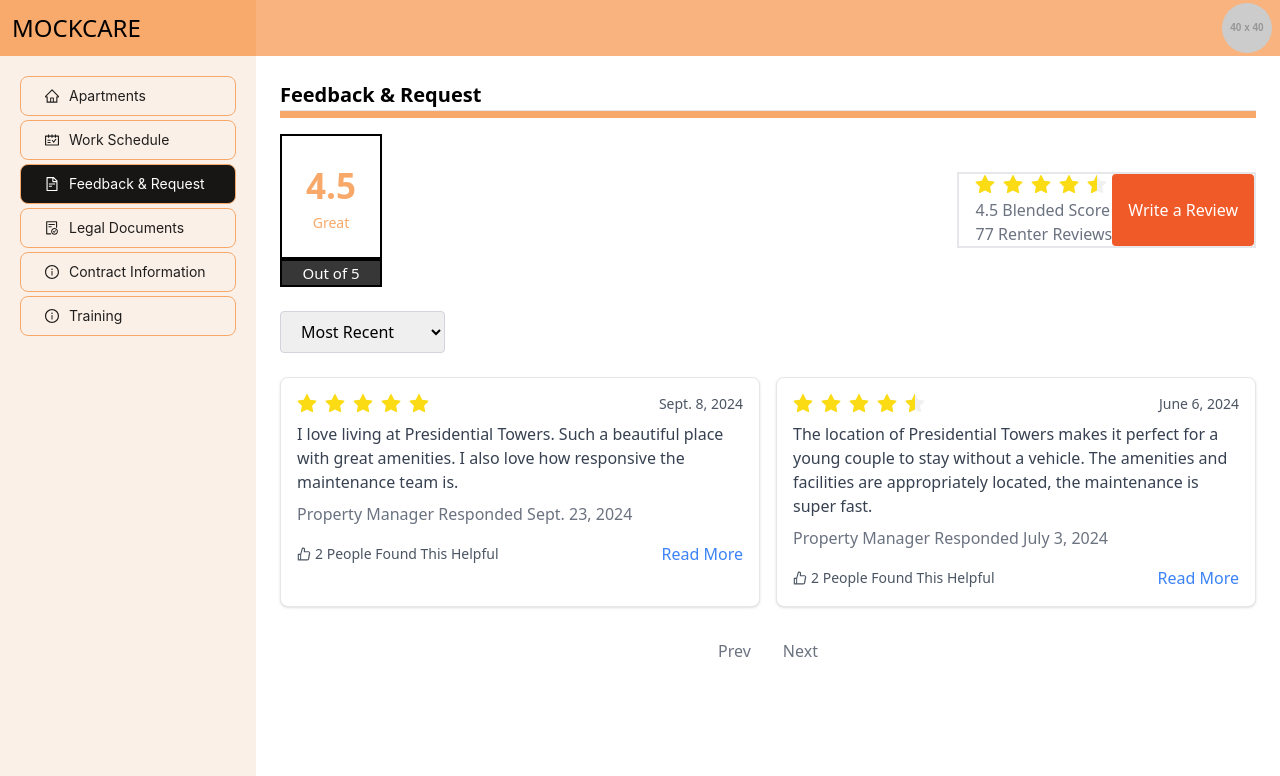
Repository: dunh-real/MockProject_102024_Nhom4
Page: / (app in frontend/)
An editor plug-in stored every save of this project. The page is shown before and after the next save, followed by the edit.
The browser window is 1280 px wide. The pictures show the whole page.
The project was rebuilt for these pictures with package versions that can differ from the ones it lists, and the page was loaded fresh each time. Also part of the build but not shown: frontend/vite.config.js, frontend/vite.config.ts, frontend/src/App.css, frontend/src/component/ReviewModal.tsx.

Above is the page before, as saved 2024-10-09 13:12:40.

### frontend/src/App.tsx

import './App.css'
import ReviewList from './pages/Feedback&Request/Feedback&Request'
// import LoginForm from './pages/Login/Login'

function App() {


  return (
    <>
      {/* <LoginForm/> */}
      <ReviewList/>
    </>
  )
}

export default App

### frontend/src/pages/Feedback&Request/Feedback&Request.tsx
import React, { useState } from 'react';
import { Rate } from 'antd'; // Dùng Antd cho Rate, có thể thay thế bằng biểu tượng của Tailwind nếu cần
import { LikeOutlined } from '@ant-design/icons';
import ReviewModal from '../../component/ReviewModal';
import Sidebar from '../../component/Sidebar';

interface Review {
    date: string;
    rating: number;
    text: string;
    managerResponse: string;
    helpfulCount: number;
}

const reviews: Review[] = [
    {
        date: 'Sept. 8, 2024',
        rating: 5,
        text: 'I love living at Presidential Towers. Such a beautiful place with great amenities. I also love how responsive the maintenance team is.',
        managerResponse: 'Property Manager Responded Sept. 23, 2024',
        helpfulCount: 2,
    },
    {
        date: 'June 6, 2024',
        rating: 4.5,
        text: 'The location of Presidential Towers makes it perfect for a young couple to stay without a vehicle. The amenities and facilities are appropriately located, the maintenance is super fast.',
        managerResponse: 'Property Manager Responded July 3, 2024',
        helpfulCount: 2,
    },
];

const ReviewList: React.FC = () => {
    const [showModal, setShowModal] = useState<boolean>(false);
    const [page, setPage] = useState<number>(1);

    const handlePageChange = (page: number) => {
        setPage(page);
    };

    const handleSortChange = (value: string) => {
        console.log(`Sort by: ${value}`);
    };

    return (
        <div className=" min-h-screen  bg-gray-50">
            <div className='flex  bg-[#f8a769d9]  justify-between items-center'>
                <div className=' bg-[#f8a769d9] p-3 w-1/5'>
                    <h1 className='text-2xl'>MOCKCARE</h1>
                </div>
                <div className="flex  justify-end">
                    <img
                        src="https://via.placeholder.com/40"
                        alt="Avatar"
                        className="rounded-full w-[50px] h-[50px] mr-2"
                    />
                </div>
            </div>
            <div className="flex">
                <Sidebar />
                <div className="w-4/5 p-6 bg-white">
                    <div className='mb-4'>
                        <h2 className='text-[20px] font-bold'>Feedback & Request</h2>
                        <hr className='h-[8px] bg-[#F8A869]' />
                    </div>
                    <div className="flex justify-between items-center mb-6">
                        <div className="flex flex-col   items-center">
                            <div className=" text-center text-[#F8A869] border-black border-2  p-6 ">
                                <div className=''>
                                    <p className="text-[35px] font-bold">4.5</p>
                                    <p className="text-sm text-[27px]">Great</p>
                                </div>

                            </div>
                            <div className="text-xs w-full border-black border-2 bg-[#000000c8]">
                                <p className='text-white p-1 text-[15px] text-center'>Out of 5</p>
                            </div>
                        </div>
                        <div className='border-2 flex justify-between'>
                            <div className="ml-4 ">
                                <Rate allowHalf defaultValue={4.5} disabled />
                                <div className="text-gray-500">4.5 Blended Score</div>
                                <div className="text-gray-500">77 Renter Reviews</div>
                            </div>
                            <button
                                onClick={() => setShowModal(true)}
                                className="bg-[#f05a28] text-white px-4 py-2 rounded hover:bg-[#f25f30]"
                            >
                                Write a Review
                            </button>
                        </div>
                    </div>
                    <div className="mb-6 flex justify-between">
                        <select
                            onChange={(e) => handleSortChange(e.target.value)}
                            className="border border-gray-300 rounded px-4 py-2"
                        >
                            <option value="recent">Most Recent</option>
                            <option value="highest">Highest Rating</option>
                            <option value="lowest">Lowest Rating</option>
                        </select>
                    </div>
                    <div className="grid grid-cols-1 md:grid-cols-2 gap-4">
                        {reviews.slice((page - 1) * 2, page * 2).map((review, index) => (
                            <div key={index} className="p-4 border border-gray-200 rounded-lg bg-white shadow">
                                <div className="flex justify-between items-center mb-2">
                                    <Rate allowHalf defaultValue={review.rating} disabled />
                                    <span className="text-sm text-gray-600">{review.date}</span>
                                </div>
                                <p className="text-gray-700">{review.text}</p>
                                <p className="text-gray-500 mt-2">{review.managerResponse}</p>
                                <div className="flex justify-between items-center mt-4">
                                    <div className="flex items-center text-sm text-gray-600">
                                        <LikeOutlined className="mr-1" />
                                        {review.helpfulCount} People Found This Helpful
                                    </div>
                                    <button className="text-blue-500">Read More</button>
                                </div>
                            </div>
                        ))}
                    </div>
                    <div className="flex justify-center mt-6">
                        <button
                            onClick={() => handlePageChange(page - 1)}
                            className="px-4 py-2 text-gray-500"
                            disabled={page === 1}
                        >
                            Prev
                        </button>
                        <button
                            onClick={() => handlePageChange(page + 1)}
                            className="px-4 py-2 text-gray-500"
                        >
                            Next
                        </button>
                    </div>
                </div>
            </div>
            {showModal && <ReviewModal setShowModal={setShowModal} />}
        </div>
    );
};

export default ReviewList;

### frontend/src/component/Sidebar.tsx
import { Menu } from 'antd';
import { HomeOutlined, ScheduleOutlined, FileTextOutlined, FileDoneOutlined, InfoCircleOutlined } from '@ant-design/icons';

const Sidebar = () => {
  return (
    <div style={{ width: '20%', minHeight: '100vh', backgroundColor: '#FAF0E8', padding: '1rem' }}>
      <Menu
        defaultSelectedKeys={['feedback']}
        mode="inline"
        style={{ backgroundColor: '#FAF0E8', borderRight: 0 }}
      >
        <Menu.Item
          key="apartments"
          icon={<HomeOutlined />}
          style={{
            padding: '12px 24px',
            border:1, borderStyle:'solid', borderColor:'#F8A869'
          }}
        >
          Apartments
        </Menu.Item>
        <Menu.Item
          key="schedule"
          icon={<ScheduleOutlined />}
          style={{
            padding: '12px 24px',
            border:1, borderStyle:'solid', borderColor:'#F8A869'
          }}
        >
          Work Schedule
        </Menu.Item>
        <Menu.Item
          key="feedback"
          icon={<FileTextOutlined />}
          style={{
            backgroundColor: '#171615',
            color: 'white',
            padding: '12px 24px',
            border:1, borderStyle:'solid', borderColor:'#F8A869'
          }}
        >
          Feedback & Request
        </Menu.Item>
        <Menu.Item
          key="legal"
          icon={<FileDoneOutlined />}
          style={{
            padding: '12px 24px',
            border:1, borderStyle:'solid', borderColor:'#F8A869'
          }}
        >
          Legal Documents
        </Menu.Item>
        <Menu.Item
          key="contract"
          icon={<InfoCircleOutlined />}
          style={{
            padding: '12px 24px',
            border:1, borderStyle:'solid', borderColor:'#F8A869'
          }}
        >
          Contract Information
        </Menu.Item>
        <Menu.Item
          key="training"
          icon={<InfoCircleOutlined />}
          style={{
            padding: '12px 24px',
            border: 1, borderStyle: 'solid', borderColor: '#F8A869'
          }}
        >
          Training
        </Menu.Item>
      </Menu>
    </div>
  );
};

export default Sidebar;

Loaded but not shown: frontend/index.html (common file); frontend/src/main.jsx (common file); frontend/src/index.css (common file); frontend/tailwind.config.js (common file)

After the next save:
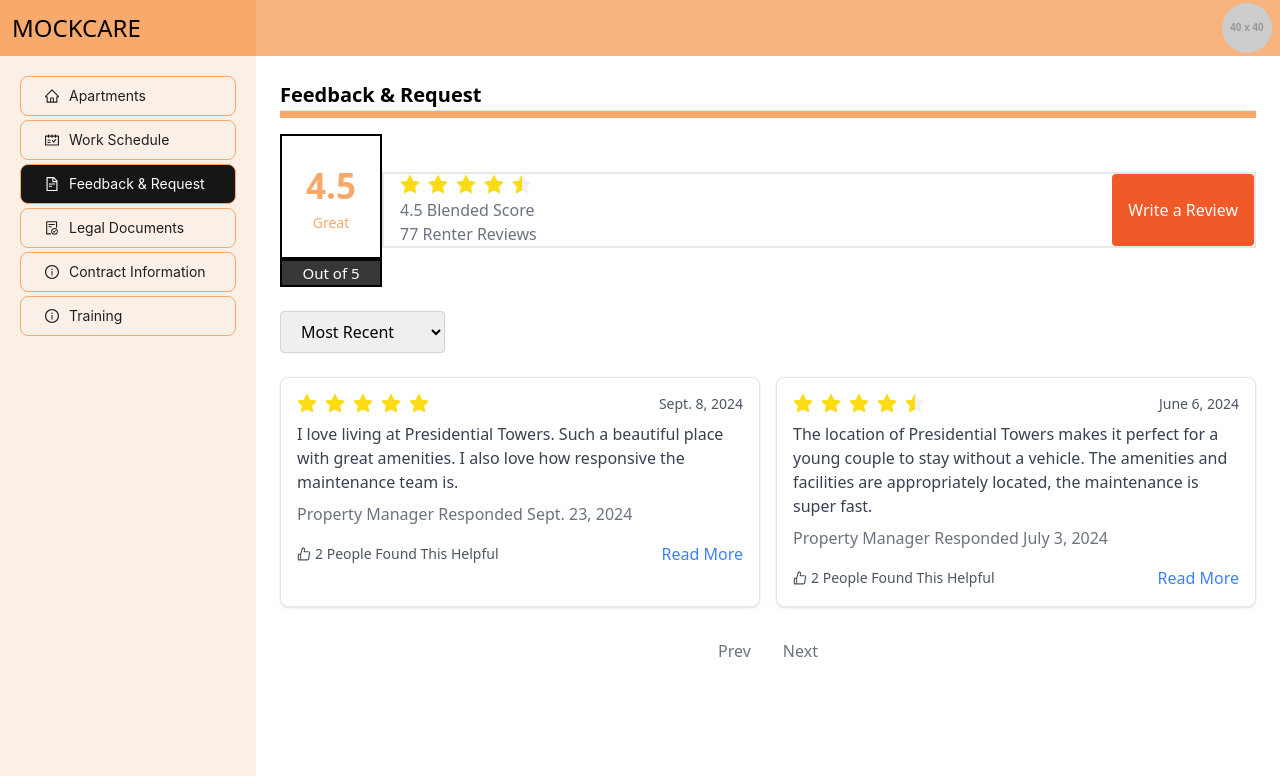
Saved 6 s later.
--- a/frontend/src/pages/Feedback&Request/Feedback&Request.tsx
+++ b/frontend/src/pages/Feedback&Request/Feedback&Request.tsx
@@ -75,7 +75,7 @@ const ReviewList: React.FC = () => {
                                 <p className='text-white p-1 text-[15px] text-center'>Out of 5</p>
                             </div>
                         </div>
-                        <div className='border-2 flex justify-between'>
+                        <div className='border-2 w-full flex justify-between'>
                             <div className="ml-4 ">
                                 <Rate allowHalf defaultValue={4.5} disabled />
                                 <div className="text-gray-500">4.5 Blended Score</div>
